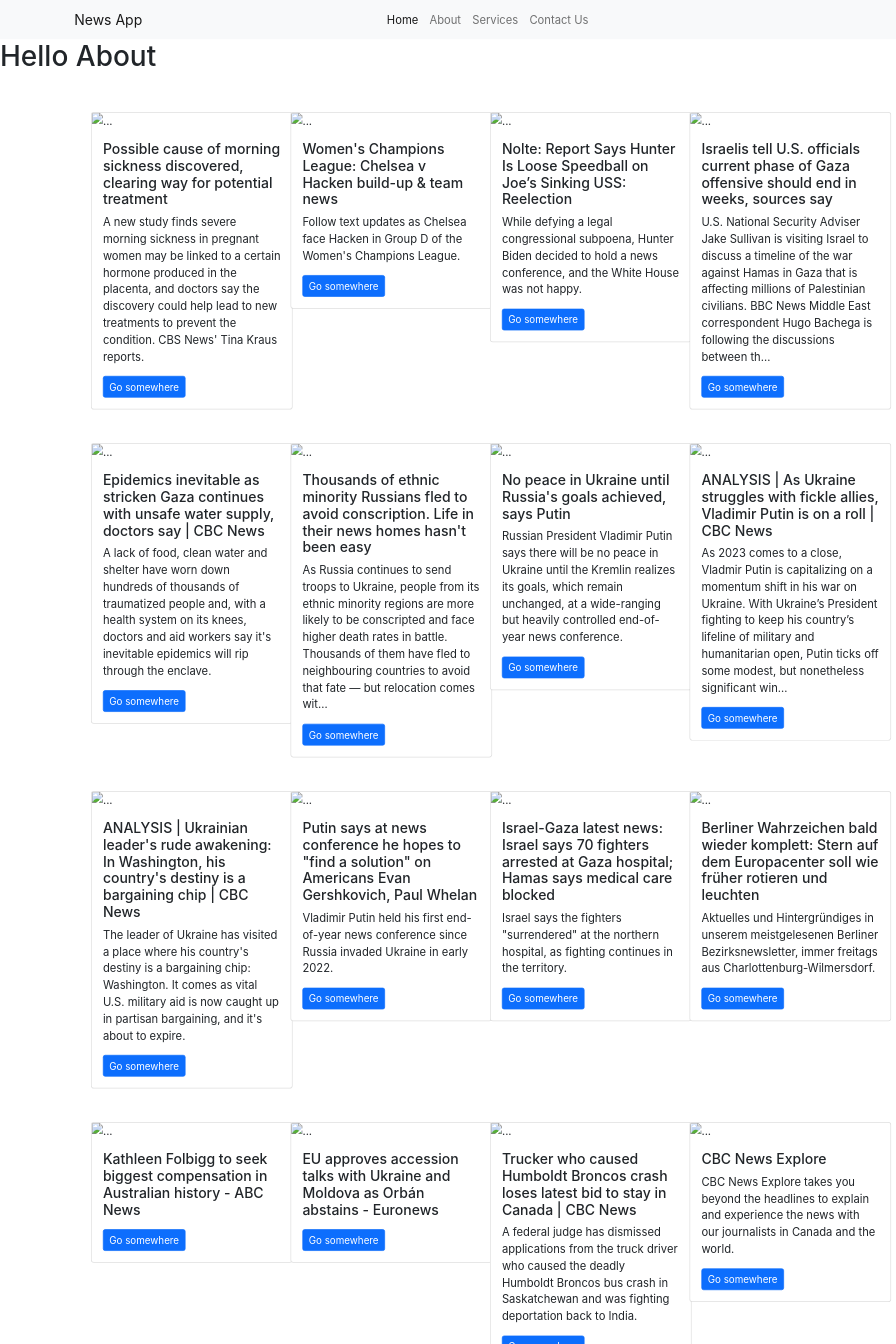
Repository: ZainAkbar51214/News-Site
Page: /about
These files come from the project's save history. The page is drawn as it stood at one moment and after the next save; the edit follows.
The browser window is 1280 px wide. The pictures show the part of the page from y = 0 to 1920 px (the page is 2677 px tall before and 2446 px after), at 70% of full size.
The project was rebuilt for these pictures with package versions that can differ from the ones it lists, and the page was loaded fresh each time. A package was used in the major version that the imports need, not the one package.json lists. Also part of the build but not shown: src/Components/pages/Home.jsx.

Above is the page before, as saved 2023-12-17 00:08:52.

### public/index.html
<!DOCTYPE html>
<html lang="en">
  <head>
    <meta charset="utf-8" />
    <link rel="icon" href="%PUBLIC_URL%/favicon.ico" />
    <meta name="viewport" content="width=device-width, initial-scale=1" />
    <meta name="theme-color" content="#000000" />
    <meta
      name="description"
      content="Web site created using create-react-app"
    />
    <link rel="apple-touch-icon" href="%PUBLIC_URL%/logo192.png" />

    <link rel="manifest" href="%PUBLIC_URL%/manifest.json" />

    <title>News App</title>
    <!-- Bootstrap cdn -->
    <link href="https://cdn.jsdelivr.net/npm/bootstrap@5.0.2/dist/css/bootstrap.min.css" rel="stylesheet" integrity="sha384-EVSTQN3/azprG1Anm3QDgpJLIm9Nao0Yz1ztcQTwFspd3yD65VohhpuuCOmLASjC" crossorigin="anonymous">
  </head>
  <body>
    <noscript>You need to enable JavaScript to run this app.</noscript>
    <div id="root"></div>


    <!-- Bootstrap Script -->
    <script src="https://cdn.jsdelivr.net/npm/@popperjs/core@2.9.2/dist/umd/popper.min.js" integrity="sha384-IQsoLXl5PILFhosVNubq5LC7Qb9DXgDA9i+tQ8Zj3iwWAwPtgFTxbJ8NT4GN1R8p" crossorigin="anonymous"></script>
<script src="https://cdn.jsdelivr.net/npm/bootstrap@5.0.2/dist/js/bootstrap.min.js" integrity="sha384-cVKIPhGWiC2Al4u+LWgxfKTRIcfu0JTxR+EQDz/bgldoEyl4H0zUF0QKbrJ0EcQF" crossorigin="anonymous"></script>
  </body>
</html>

### src/App.js
import React from "react";
import {
  BrowserRouter,
  Routes,
  Route
} from "react-router-dom";
import Home from './Components/pages/Home';
import Navbar from './Components/Header/Navbar';
import Footer from './Components/Footer/Footer';
import About from "./Components/pages/About";
import News from "./Components/Layouts/News";

function App() {
  return (
    <BrowserRouter>
      <Navbar />
        <Routes>
          <Route path="/" element={<Home />}></Route>
          <Route path="/about" element={<About />}></Route>
        </Routes>
        <News />
      <Footer />
  </BrowserRouter>
  );
}

export default App;

### src/Components/Header/Navbar.jsx
import React, { Component } from 'react';
import { Link } from 'react-router-dom';

class Navbar extends Component {
    render() {
        return (
            <div>
                <div className="container-fluid bg-light">
                <div className="container">
                    <div className="row">
                        <div className="col-md-12">
                            <nav className="navbar navbar-expand-lg navbar-light">
                                <div className="container-fluid">
                                    <Link className="navbar-brand" to="/">News App</Link>
                                    <button className="navbar-toggler" type="button" data-bs-toggle="collapse" data-bs-target="#navbarSupportedContent" aria-controls="navbarSupportedContent" aria-expanded="false" aria-label="Toggle navigation">
                                        <span className="navbar-toggler-icon"></span>
                                    </button>
                                    <div className="collapse navbar-collapse" id="navbarSupportedContent">
                                        <ul className="navbar-nav mx-auto mb-2 mb-lg-0">
                                            <li className="nav-item">
                                                <Link className="nav-link active" aria-current="page" to="/">Home</Link>
                                            </li>
                                            <li className="nav-item">
                                                <Link className="nav-link" to="/about">About</Link>
                                            </li>
                                            <li className="nav-item">
                                                <Link className="nav-link" to="/services">Services</Link>
                                            </li>
                                            <li className="nav-item">
                                                <Link className="nav-link" to="/contact-us">Contact Us</Link>
                                            </li>
                                        </ul>
                                    </div>
                                </div>
                            </nav>
                        </div>
                    </div>
                </div>
            </div>
            </div>
        );
    }
}

export default Navbar;

### src/Components/Footer/Footer.jsx
import React from "react";
import { Link } from "react-router-dom";
import '../Footer/Footer.css';

const Navbar = () => {
    return (
        <>
            <div className="d-flex flex-column h-100">
                {/* <!-- FOOTER --> */}
                <footer className="w-100 py-4 flex-shrink-0">
                    <div className="container py-4">
                        <div className="row gy-4 gx-5">
                            <div className="col-lg-4 col-md-6">
                                <h5 className="h1 text-white">FB.</h5>
                                <p className="small text-muted">Lorem ipsum dolor sit amet, consectetur adipisicing elit, sed do eiusmod tempor incididunt.</p>
                                <p className="small text-muted mb-0">&copy; Copyrights. All rights reserved. <Link className="text-primary" to="https://sketchcoder.com" target="_blank">sketchcoder.com</Link></p>
                            </div>
                            <div className="col-lg-2 col-md-6">
                                <h5 className="text-white mb-3">Quick links</h5>
                                <ul className="list-unstyled text-muted">
                                    <li><Link to="#">Home</Link></li>
                                    <li><Link to="#">About</Link></li>
                                    <li><Link to="#">Get started</Link></li>
                                    <li><Link to="#">FAQ</Link></li>
                                </ul>
                            </div>
                            <div className="col-lg-2 col-md-6">
                                <h5 className="text-white mb-3">Quick links</h5>
                                <ul className="list-unstyled text-muted">
                                    <li><Link to="#">Home</Link></li>
                                    <li><Link to="#">About</Link></li>
                                    <li><Link to="#">Get started</Link></li>
                                    <li><Link to="#">FAQ</Link></li>
                                </ul>
                            </div>
                            <div className="col-lg-4 col-md-6">
                                <h5 className="text-white mb-3">Newsletter</h5>
                                <p className="small text-muted">Lorem ipsum dolor sit amet, consectetur adipisicing elit, sed do eiusmod tempor incididunt.</p>
                                <form action="#">
                                    <div className="input-group mb-3">
                                        <input className="form-control" type="text" placeholder="Recipient's username" aria-label="Recipient's username" aria-describedby="button-addon2" />
                                        <button className="btn btn-primary" id="button-addon2" type="button"><i className="fas fa-paper-plane"></i></button>
                                    </div>
                                </form>
                            </div>
                        </div>
                    </div>
                </footer>
            </div>
        </>
    )
}

export default Navbar;

### src/Components/pages/About.jsx
import React, { Component } from 'react';

class About extends Component {
    render() {
        return (
            <div>
                <h1>Hello About</h1>
            </div>
        );
    }
}

export default About;

### src/Components/Footer/Footer.css
/* ==========================================
    FOR DEMO PURPOSE
  ========================================== */

  .text-small {
    font-size: 0.9rem;
  }

  .form-control {
    background: #212529;
    border-color: #545454;
  }

  .form-control:focus {
    background: #212529;
  }

  footer {
    background: #212529;
  }

### src/Components/Layouts/NewsItem.js
import React, { Component } from 'react';
import { Link } from 'react-router-dom';

class NewsItem extends Component {
    render() {
        let {title,  description, imageUrl} = this.props;
        return (
            <div className='container-fluid'>
                <div className='container'>
                    <div className='row'>
                        <div className='col-lg-12'>
                            <div className="card" style={{width: '18rem'}}>
                                <img src={imageUrl} className="card-img-top" alt="..." />
                                <div className="card-body">
                                    <h5 className="card-title">{title}</h5>
                                    <p className="card-text"> {description} </p>
                                    <Link to="/" className="btn btn-sm btn-primary">Go somewhere</Link>
                                </div>
                            </div>
                        </div>
                    </div>
                </div>
            </div>
        );
    }
}

export default NewsItem;

Loaded but not shown: src/index.js (common file); src/index.css (common file); src/reportWebVitals.js (common file); src/Components/Layouts/News.js (294 lines, source omitted)

After the next save:
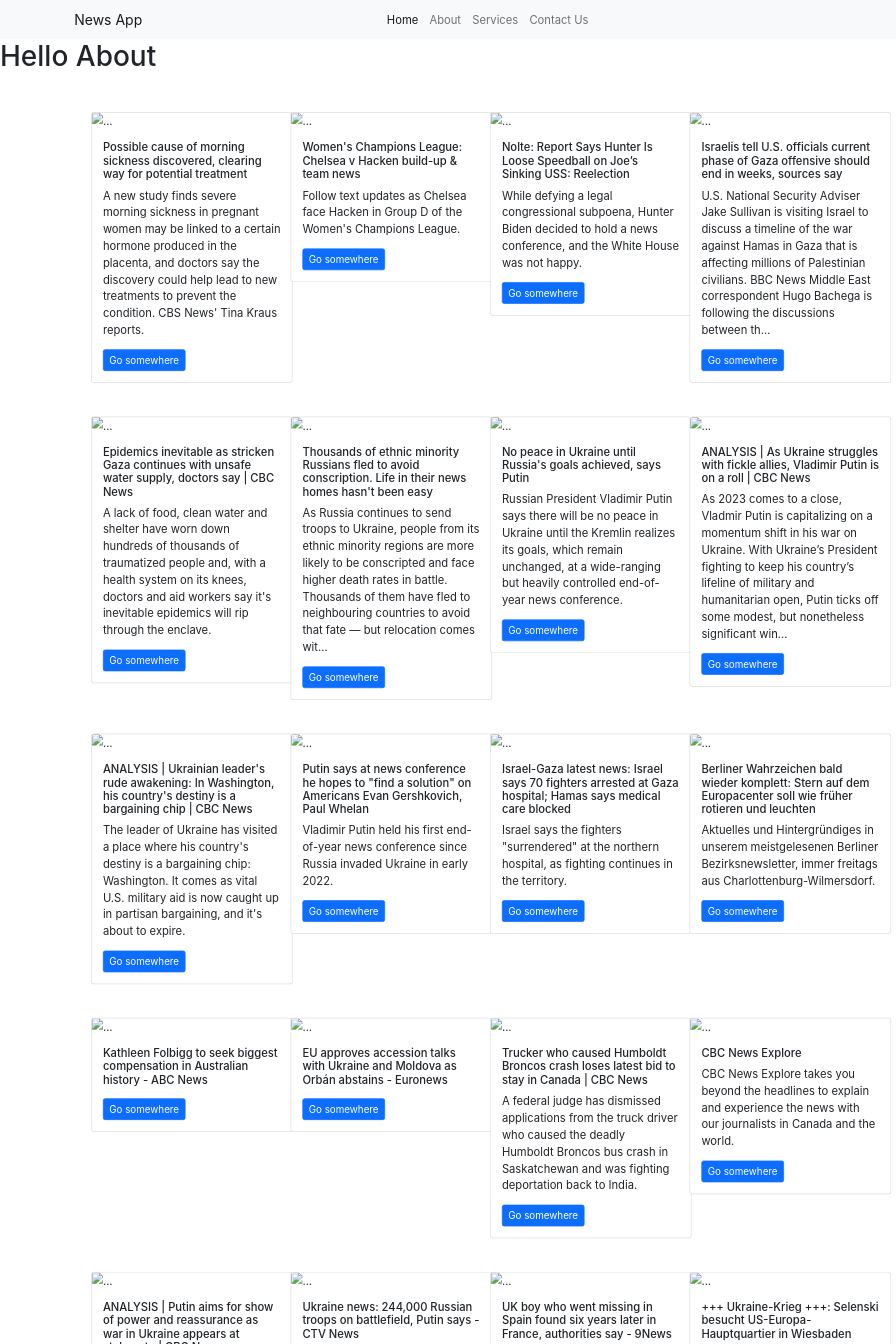
Saved 60 s later.
--- a/src/Components/Layouts/NewsItem.js
+++ b/src/Components/Layouts/NewsItem.js
@@ -12,7 +12,7 @@ class NewsItem extends Component {
                             <div className="card" style={{width: '18rem'}}>
                                 <img src={imageUrl} className="card-img-top" alt="..." />
                                 <div className="card-body">
-                                    <h5 className="card-title">{title}</h5>
+                                    <h6 className="card-title">{title}</h6>
                                     <p className="card-text"> {description} </p>
                                     <Link to="/" className="btn btn-sm btn-primary">Go somewhere</Link>
                                 </div>
